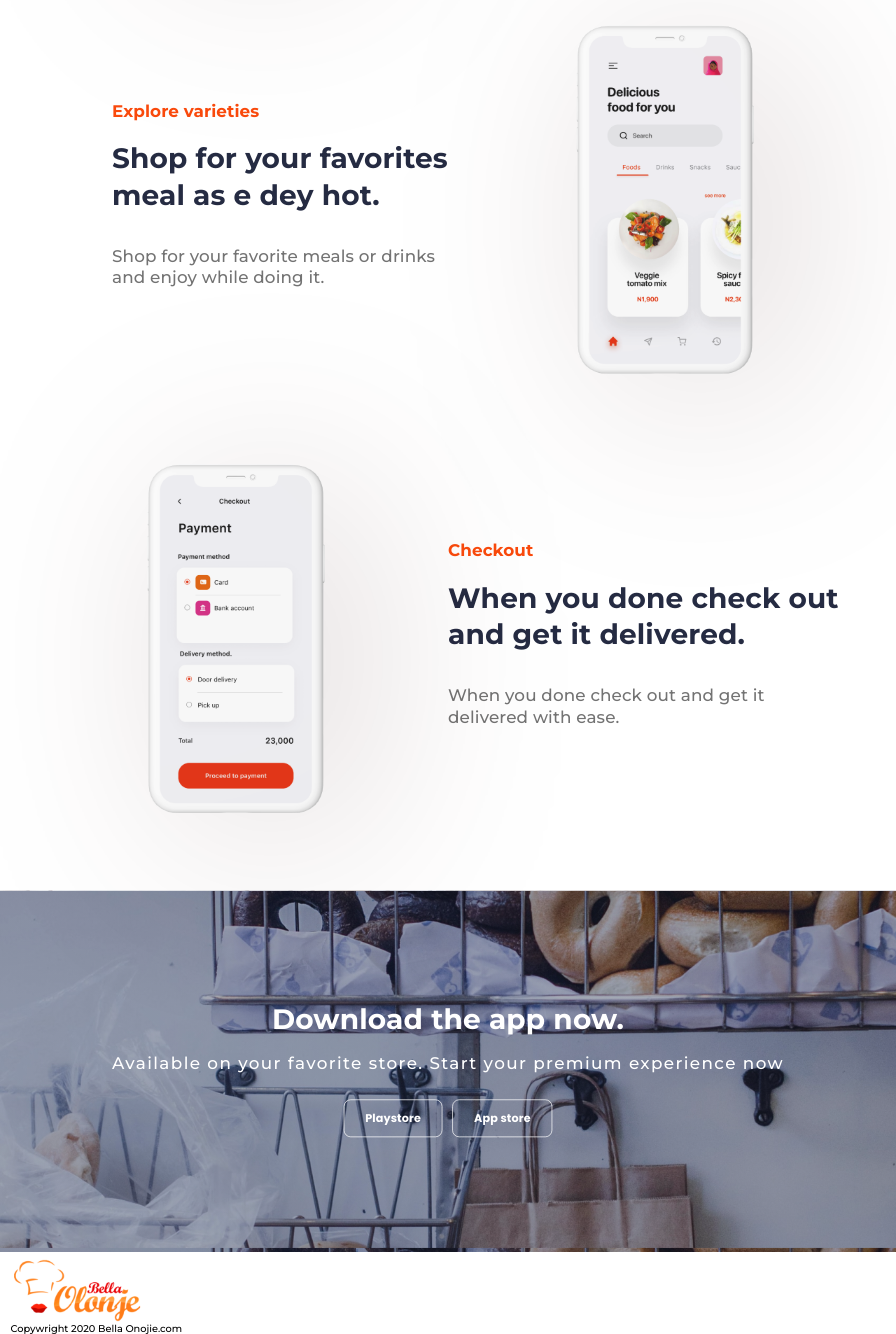
Repository: hoangnguyendev19/food_app
Page: index.html
The author's editor kept a copy of each file at every save. The page is drawn from the files as they stood at one save, then again after the next save.
The browser window is 1280 px wide. The pictures show the part of the page from y = 2192 to 4112 px (the page is 4098 px tall before and 4112 px after), at 70% of full size.
Some icons come from a web library that is not loaded, so they are not drawn. Some web libraries are served in a nearby version. The style sheet was rebuilt from its Sass, Less or Tailwind sources for each picture, by a compiler version that may differ from the author's.

Above is the page before, as saved 2021-11-08 21:25:21.

### index.html
<!DOCTYPE html>
<html lang="en">
<head>
    <meta charset="UTF-8">
    <meta http-equiv="X-UA-Compatible" content="IE=edge">
    <meta name="viewport" content="width=device-width, initial-scale=1.0">
    <title>Food</title>
    <link href="https://fonts.googleapis.com/css2?family=Montserrat:wght@500;600;700&family=Poppins:wght@600;700&family=Roboto:wght@700&display=swap" rel="stylesheet">
    <link rel="stylesheet" href="./app/styles.css">
    <link rel="stylesheet" href="./app/reset.css">
    <link rel="stylesheet" href="https://pro.fontawesome.com/releases/v5.10.0/css/all.css"/>
    <script src="https://cdn.jsdelivr.net/npm/themify-icons@1.0.0/index.min.js"></script>
</head>
<body>
    <div class="wrapper">
        <header class="header">
            <div class="container">
                <div class="header__top">
                    <a href="" class="header__image">
                        <img src="./app/images/img-logo.png" alt="">
                    </a>
                    <ul class="header__menu">
                        <li class="header__item">
                            <a href="" class="header__link">Home</a>
                        </li>
                        <li class="header__item">
                            <a href="" class="header__link">Product</a>
                        </li>
                        <li class="header__item">
                            <a href="" class="header__link">Faq</a>
                        </li>
                        <li class="header__item">
                            <a href="" class="header__link">Contact</a>
                        </li>
                    </ul>
                </div>
            </div>
        </header>
        <main>
            <section class="banner">
                <div class="banner__top">
                    <div class="banner__content">
                        <span class="banner__title">Food app</span>
                        <h1 class="banner__heading">Why stay hungry when you can order form Bella Onojie</h1>
                        <h4 class="banner__desc">Download the bella onoje’s food app now on</h4>
                        <button class="banner__btn">Playstore</button>
                        <button class="banner__btn">App store</button>
                    </div>
                </div>
                <div class="banner__bottom">
                    <div class="banner__image">
                        <img src="./app/images/img-banner-phone.png" alt="">
                    </div>
                </div>
            </section>
            <section class="work">
                <div class="container">
                    <h2 class="work__caption">How the app works</h2>
                    <div class="work__item">
                        <div class="work__image">
                            <img src="./app/images/img-create.png" alt="">
                        </div>
                        <div class="work__content">
                            <span class="work__title">Create an account</span>
                            <h2 class="work__heading">Create/login to an existing account to get started</h2>
                            <p class="work__desc">An account is created with your email and a desired password</p>
                        </div>
                    </div>
                    <div class="work__item work__item--reverse">
                        <div class="work__image">
                            <img src="./app/images/img-explore.png" alt="">
                        </div>
                        <div class="work__content">
                            <div class="work__content--reverse">
                                <span class="work__title">Explore varieties</span>
                                <h2 class="work__heading">Shop for your favorites meal as e dey hot.</h2>
                                <p class="work__desc">Shop for your favorite meals or drinks and enjoy while doing it.</p>
                                </div>
                        </div>
                    </div>
                    <div class="work__item">
                        <div class="work__image">
                            <img src="./app/images/img-checkout.png" alt="">
                        </div>
                        <div class="work__content">
                            <span class="work__title">Checkout</span>
                            <h2 class="work__heading">When you done check out and get it delivered.</h2>
                            <p class="work__desc">When you done check out and get it delivered with ease.</p>
                        </div>
                    </div>
                </div>
            </section>
            <section class="download">
                <div class="container">
                    <div class="download__content">
                        <h2 class="download__heading">Download the app now.</h2>
                        <p class="download__desc">Available on your favorite store. Start your premium experience now</p>
                        <button class="download__btn">Playstore</button>
                        <button class="download__btn">App store</button>
                    </div>
                </div>
            </section>
            <section class="footer">
                <div class="container">
                    <div class="footer__image">
                        <img src="./app/images/img-logo.png" alt="">
                    </div>
                    <div class="footer__social">
                        <i class="ti-instagram"></i>
                        <i class="ti-instagram"></i>
                        <i class="ti-instagram"></i>
                    </div>
                    <div class="footer__copyright">
                        <p>Copywright 2020 Bella Onojie.com</p>
                    </div>
                </div>
            </section>
        </main>
    </div>
</body>
</html>

### app/styles/styles.scss
@import "helpers/variables";
@import "helpers/global";
@import "helpers/mixin";

@import "layout/header";
@import "layout/banner";
@import "layout/work";
@import "layout/download";
@import "layout/footer";

### app/styles/helpers/_variables.scss
$primary-color: #FA4A0C;
$secondary-color: #252B42;
$third-color: #737373;
$primary-font: 'Montserrat', sans-serif;
$secondary-font: 'Poppins', sans-serif;
$third-font: 'Roboto', sans-serif;
$wrapper: 1440px;
$container: 1280px;

### app/styles/helpers/_global.scss
html {
    font-size: 62.5%;
    box-sizing: border-box;
}
a {
    text-decoration: none;
}
img {
    max-width: 100%;
    display: block;
}
ul,li {
    list-style: none;
}
body {
    font-family: $primary-font;
    line-height: 1;
    font-size: 1.4rem;
}
input, button,textarea {
    font-family: $secondary-font;
    line-height: 1;
    outline: none;
}
.wrapper {
    max-width: $wrapper;
    margin: 0 auto;
}
.container {
    max-width: $container + 30px;
    margin: 0 auto;
    padding: 0 15px;
}

### app/styles/helpers/_mixin.scss
@mixin size($width, $height: $width){
	width: $width;
	height: $height;
}

@mixin flexBox($align-items: stretch, $justify-content: flex-start, $flex-direction: row, $wrap: nowrap, $flex: flex) {
	display: $flex;
	justify-content: $justify-content;
	align-items: $align-items;
	flex-direction: $flex-direction;
	flex-wrap: $wrap;
}

### app/styles/layout/_header.scss
.header {
    @include size(100%, 15.7rem);
    &__image {
        display: inline-block;
    }
    &__top {
        @include flexBox(center, space-between);
    }
    &__menu {
        @include flexBox(center);
    }
    &__item:not(:first-child) {
        margin-left: 10.4rem;
    }
    &__link {
        font-size: 1.6rem;
        color: $secondary-color;
        font-weight: 600;
        transition: all 0.2s linear;
        &:hover {
            color: $primary-color;
        }
    }
}

### app/styles/layout/_banner.scss
.banner {
    &__top {
        @include size(100%, 62rem);
        background: linear-gradient(0deg, rgba(23, 16, 16, 0.6), rgba(23, 16, 16, 0.6)), url("./images/img-banner.jpg");
        @include flexBox(center, center);
    }
    &__content {
        @include size(94rem, 40rem);
        padding-top: 7.2rem;
        padding-bottom: 14.6rem;
        text-align: center;
        color: white;
    }
    &__title {
        font-weight: 700;
        font-size: 2.4rem;
        letter-spacing: 0.1px;
        color: #F6F6F6;
        display: inline-block;
        margin-bottom: 2.4rem;
    }
    &__heading {
        font-family: $secondary-font;
        font-weight: bold;
        font-size: 5.8rem;
        line-height: 1.4;
        text-align: center;
        letter-spacing: 0.2px;
        margin-top: 0;
        margin-bottom: 4rem;
    }
    &__desc {
        font-weight: 500;
        font-size: 2.4rem;
        letter-spacing: 0.2px;
        margin-top: 0;
        margin-bottom: 6rem;
    }
    &__btn {
        @include size(23.6rem, 6.8rem);
        background-color: transparent;
        border-radius: 3rem;
        border: 1px solid white;
        color: white;
        font-weight: bold;
        font-size: 2.4rem;
        letter-spacing: 0.1px;
        transition: all 0.25s linear;
        cursor: pointer;
        &:hover {
            background-color: $primary-color;
            border-color: $primary-color;
        }
    }
    &__btn:last-child {
        margin-left: 3.4rem;
    }
    &__bottom {
        margin-top: -10%;
        position: relative;
        &::after {
            content: "";
            position: absolute;
            @include size(88.4rem, 0);
            left: 50%;
            bottom: 0;
            transform: translateX(-50%);
            border: 3px solid #E4E4E4;
            z-index: 9;
        }
    }
    &__image {
        @include size(54.8rem, 640px);
        margin: 0 auto;
        padding-bottom: 17rem;
    }
}

### app/styles/layout/_work.scss
.work {
    text-align: center;
    &__caption {
        font-family: $secondary-font;
        font-weight: 600;
        font-size: 4.4rem;
        letter-spacing: 0.1px;
        color: #000;
        opacity: 0.8;
        margin-top: 7rem;
        margin-bottom: 6rem;
        display: inline-block;
    }
    &__item {
        @include flexBox(center);
        margin: 11rem 0;
    }
    &__item--reverse {
        flex-direction: row-reverse;
    }
    &__image {
        width: 50%;
        @include flexBox(stretch, center);
        filter: drop-shadow(50px 30px 150px rgba(46, 4, 4, 0.15));
    }
    &__content {
        width: 50%;
        text-align: start;
    }
    &__content--reverse {
        width: 48rem;
        margin-left: auto;
    }
    &__title {
        font-weight: bold;
        font-size: 2.4rem;
        letter-spacing: 0.1px;
        color: $primary-color;
        display: inline-block;
        margin-bottom: 3rem;
    }
    &__heading {
        font-weight: bold;
        font-size: 4rem;
        letter-spacing: 0.2px;
        color: $secondary-color;
        line-height: 1.3;
        margin-top: 0;
        margin-bottom: 4.5rem;
    }
    &__desc {
        font-weight: 500;
        font-size: 2.4rem;
        line-height: 1.3;
        letter-spacing: 0.2px;
        color: $third-color;
        margin: 0;
        width: 47rem;
    }
}

### app/styles/layout/_download.scss
.download {
    background: linear-gradient(0deg, rgba(37, 43, 66, 0.4), rgba(37, 43, 66, 0.4)), url("./images/img-download.jpg");
    @include size(100%, 51.6rem);
    @include flexBox(center, center);
    text-align: center;
    &__heading {
        font-size: 4rem;
        font-weight: bold;
        letter-spacing: 0.2px;
        color: #fff;
        margin-bottom: 3rem;
    }
    &__desc {
        font-weight: 500;
        font-size: 2.4rem;
        letter-spacing: 0.2rem;
        margin-bottom: 4rem;
        color: white;
    }
    &__btn {
        font-size: 1.6rem;
        font-weight: 700;
        letter-spacing: 0.2px;
        border: 1px solid white;
        color: white;
        padding: 1.8rem 3rem;
        background-color: transparent;
        border-radius: 1rem;
        transition: all 0.25s linear;
        cursor: pointer;
        &:hover {
            background-color: $primary-color;
            border-color: $primary-color;
        }
    }
    &__btn:last-child {
        margin-left: 1rem;
    }
}

### app/styles/reset.scss
html {
box-sizing: border-box;
}

*{
margin: 0;
padding: 0;
}

*,*:before,*:after {
box-sizing: border-box;
}

input,
textarea,
select,
button{
outline: none;
}

input{
line-height: normal;
}

label,
button{
cursor: pointer;
}

a {
text-decoration: none;
}

img {
display: block;
max-width: 100%;
}

Loaded but not shown: app/styles/layout/_footer.scss (no stored copy; drawn as an empty file)

After the next save:
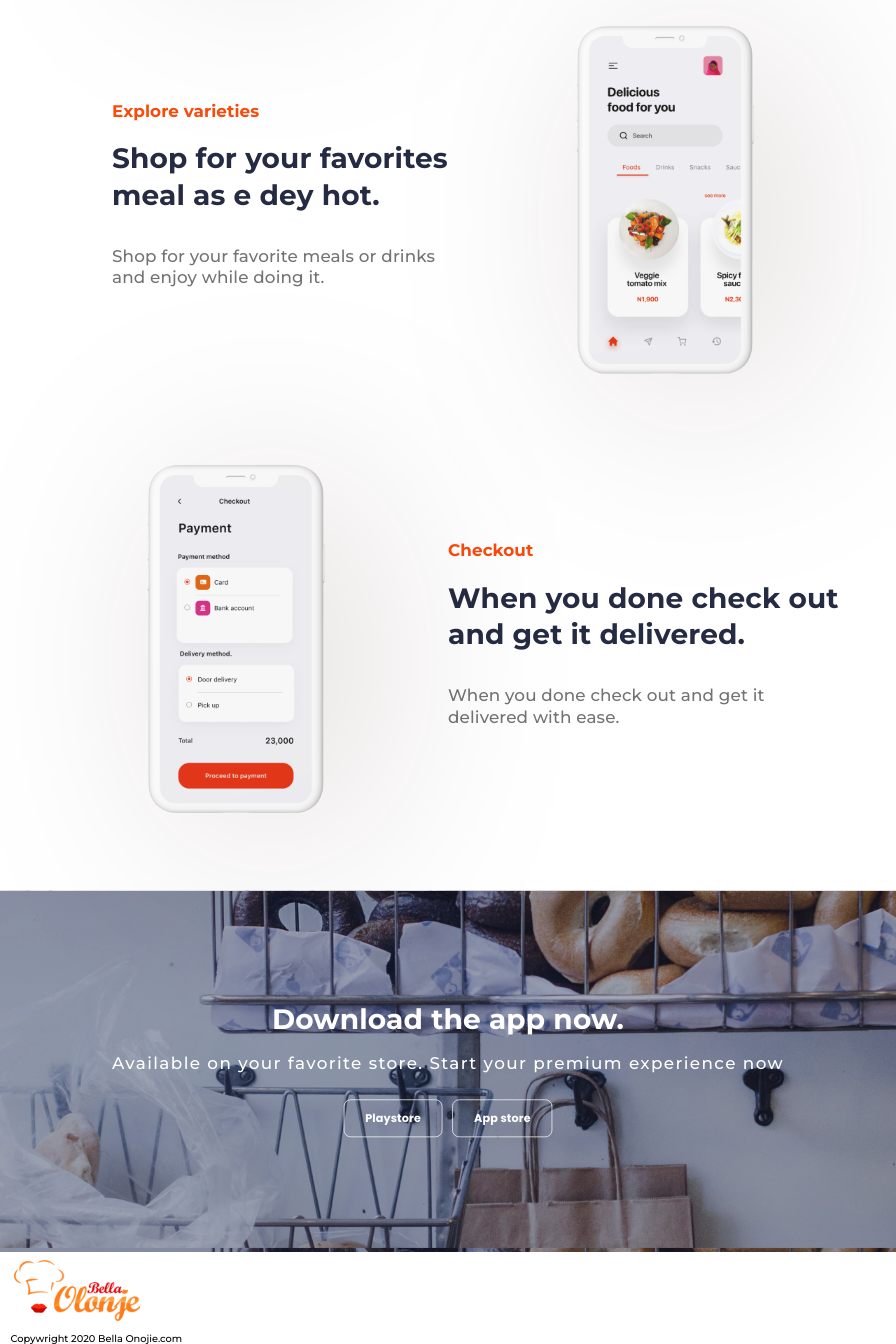
Saved 3 min 39 s later.
--- a/index.html
+++ b/index.html
@@ -106,9 +106,9 @@
                         <img src="./app/images/img-logo.png" alt="">
                     </div>
                     <div class="footer__social">
-                        <i class="ti-instagram"></i>
-                        <i class="ti-instagram"></i>
-                        <i class="ti-instagram"></i>
+                        <i class="fa fas-facebook"></i>
+                        <i class="fa fas-instagram"></i>
+                        <i class="fa fas-twitter"></i>
                     </div>
                     <div class="footer__copyright">
                         <p>Copywright 2020 Bella Onojie.com</p>
